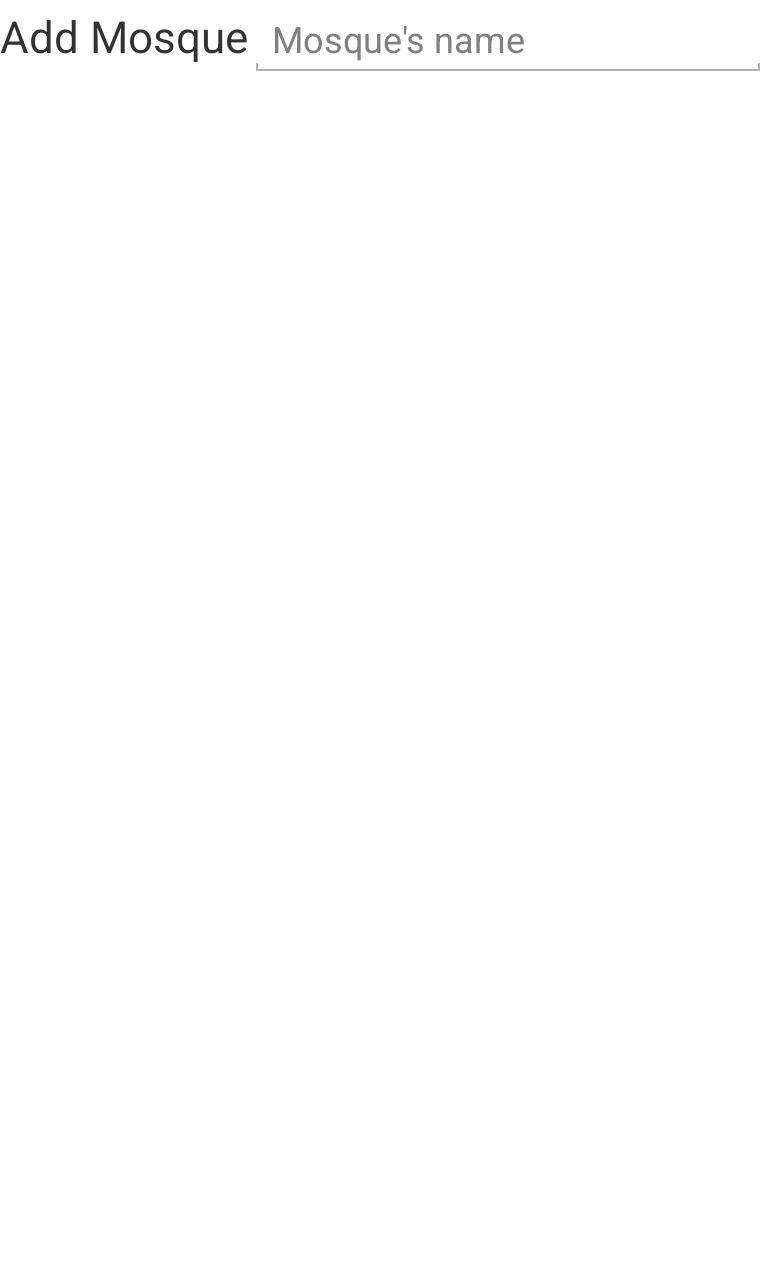
Repository: Osamah/Afstudeerwerk
Layout: NativeApp/SecondPillar/res/layout/activity_addmosque.xml
The author's editor kept a copy of each file at every save. The layout is drawn from the files as they stood at one save, then again after the next save.
It is drawn on a 768 x 1280 px phone screen (xhdpi) without system bars, with theme AppTheme; the app's code is not run.

Above is the layout before, as saved 2012-12-31 14:40:18.

After the next save:
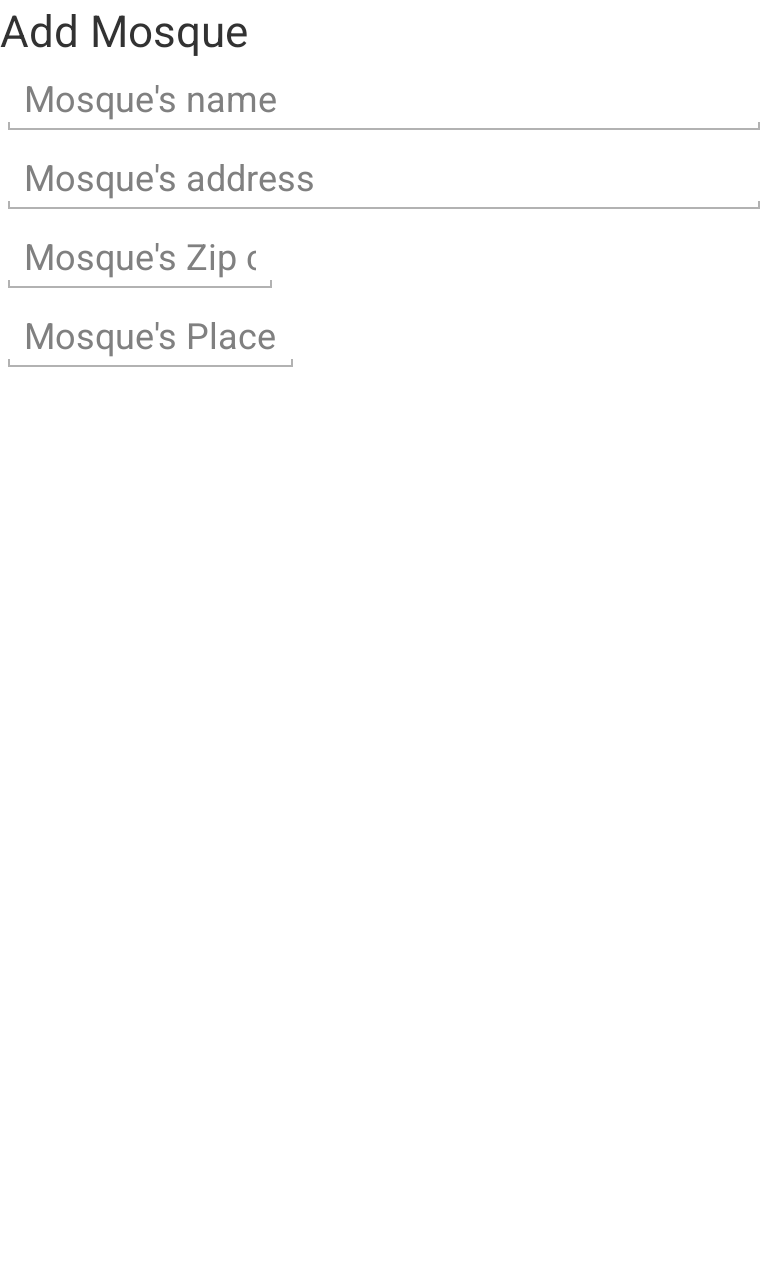
Saved 9 s later.
--- a/NativeApp/SecondPillar/res/layout/activity_addmosque.xml
+++ b/NativeApp/SecondPillar/res/layout/activity_addmosque.xml
@@ -10,8 +10,8 @@
 
     <LinearLayout
         android:layout_width="fill_parent"
-        android:layout_height="wrap_content"
-        android:orientation="horizontal" >
+        android:layout_height="fill_parent"
+        android:orientation="vertical" >
 
 		<TextView
 		    android:id="@+id/lblAddMosque"

After the 2 saves that followed:
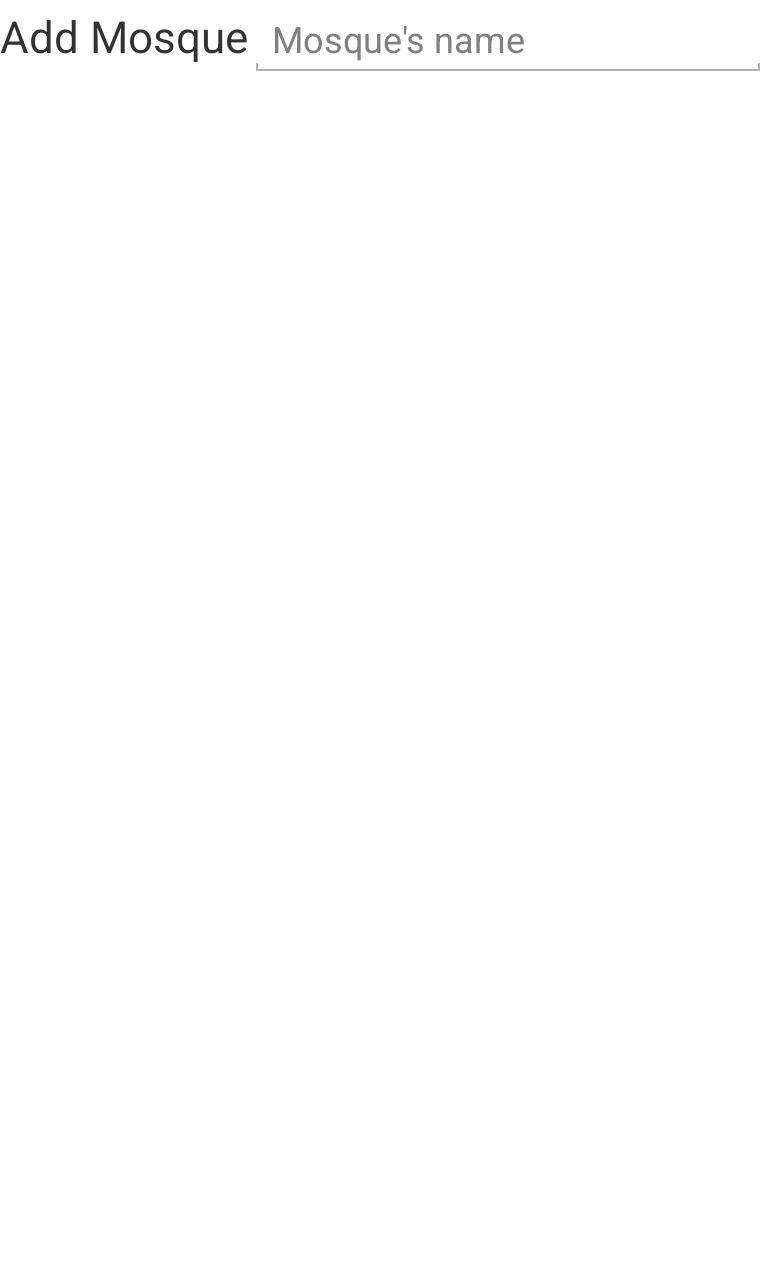
The 2 saves are shown as one change because 1 left the picture as it was.
The last was saved 2 min 57 s later.
--- a/NativeApp/SecondPillar/res/layout/activity_addmosque.xml
+++ b/NativeApp/SecondPillar/res/layout/activity_addmosque.xml
@@ -11,7 +11,7 @@
     <LinearLayout
         android:layout_width="fill_parent"
         android:layout_height="fill_parent"
-        android:orientation="vertical" >
+        android:orientation="horizontal" >
 
 		<TextView
 		    android:id="@+id/lblAddMosque"
